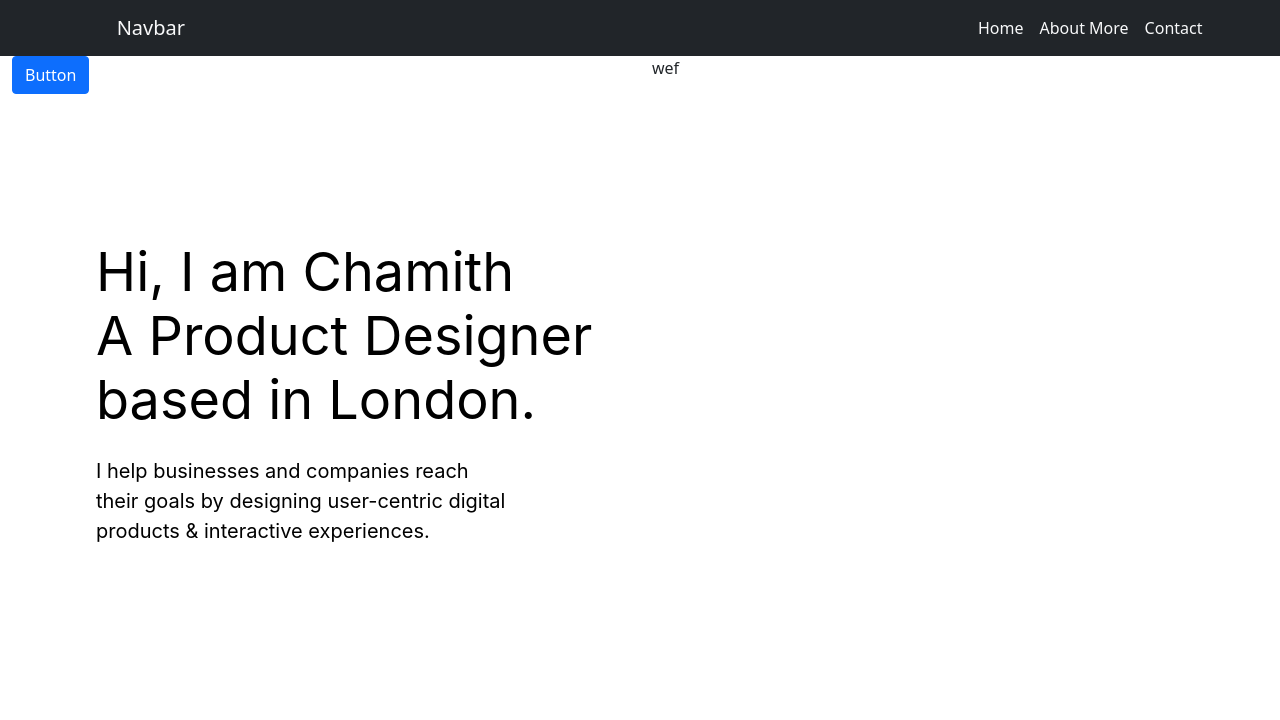
Repository: Realchamithweb/chamith-html
Page: index.html
An editor plug-in stored every save of this project. The page is shown before and after the next save, followed by the edit.
The browser window is 1280 px wide. The pictures show the whole page.

Above is the page before, as saved 2023-01-01 19:32:31.

After the next save:
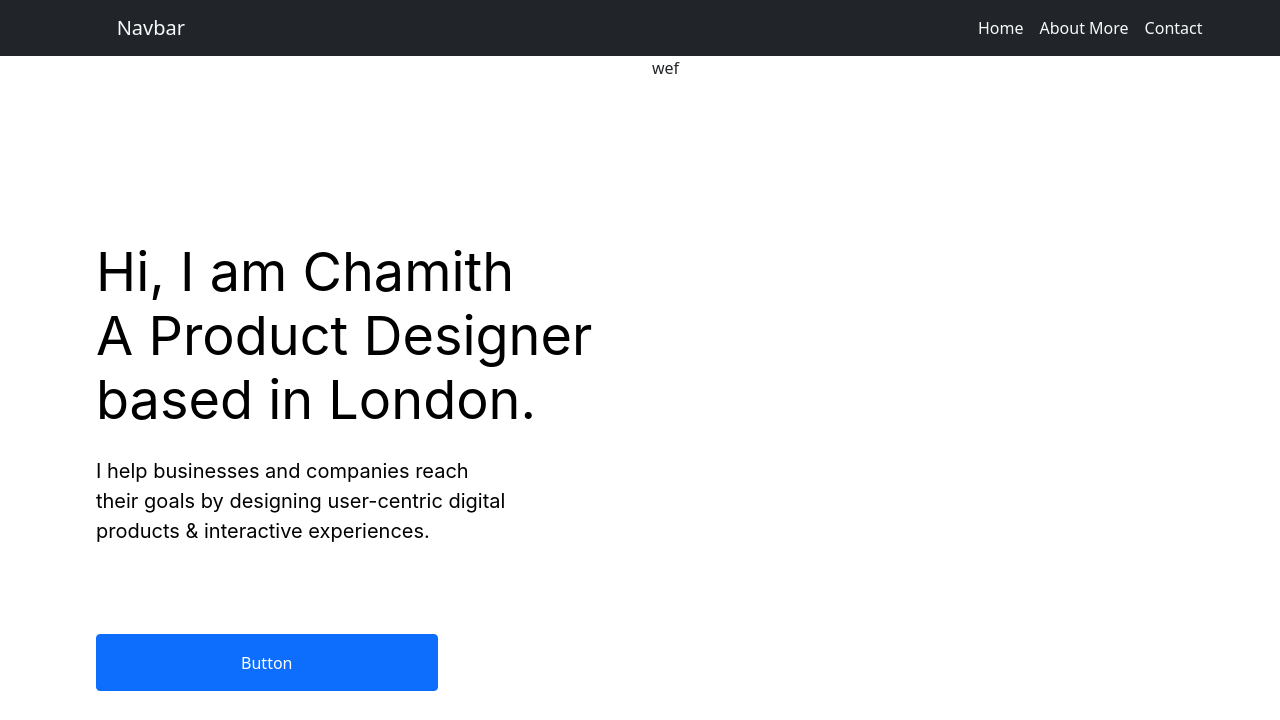
Saved 26 s later.
--- a/css/style.css
+++ b/css/style.css
@@ -30,5 +30,15 @@
 }
 
 .hero-btn{
+    box-sizing: border-box;
 
+position: absolute;
+width: 341.57px;
+height: 57px;
+left: 96px;
+top: 634px;
+
+background: #FFFFFF;
+border: 1px solid #000000;
+border-radius: 4px;
 }
